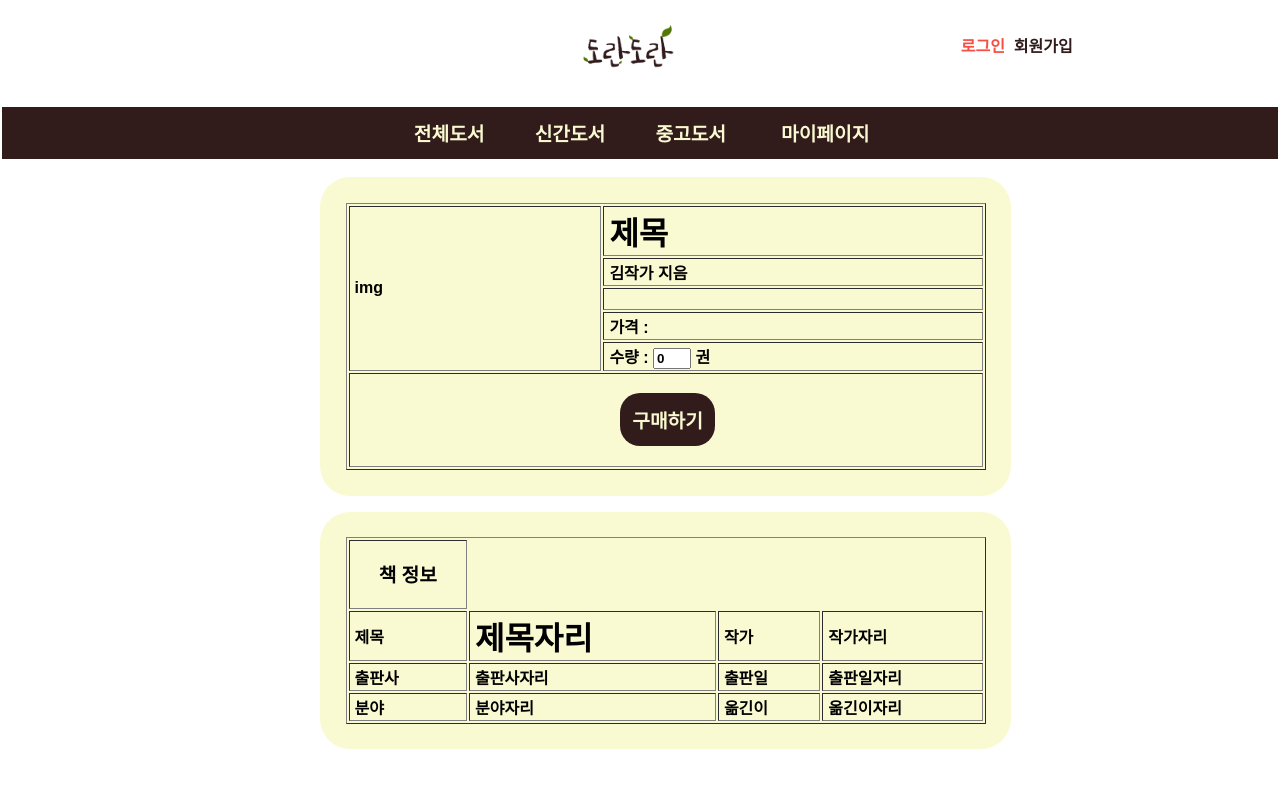
Repository: juhyun110701/DORANDORAN
Page: http://localhost/dorandoran/bookView.jsp
The author's editor kept a copy of each file at every save. The page is drawn from the files as they stood at one save, then again after the next save.
The browser window is 1280 px wide. The pictures show the whole page.
Some web fonts or font styles are not loaded; a fallback is used. The page is served by Tomcat 9. Other server files are loaded and not shown.

Above is the page before, as saved 2019-07-31 12:43:32.

### dorandoran/WebContent/bookView.jsp
<%@ page language="java" contentType="text/html; charset=UTF-8"
    pageEncoding="UTF-8" import="java.sql.*"%>
<%@ page import="doran.db.connection.DBConnection" %>
<!DOCTYPE html>
<html>
<head>
<meta charset="utf-8">
<title>도란도란</title>
<!--
<link rel="shortcut icon" href="img/logo.png">
<link rel="apple-touch-icon" href="img/logo_apple.png">
-->
<link rel="stylesheet" href="css/bookView.css">
<link href="https://fonts.googleapis.com/css?family=Sunflower:300&display=swap" rel="stylesheet">
<script>
//maxlength 체크
function maxLengthCheck(object){
 if (object.value.length > object.maxLength){
  object.value = object.value.slice(0, object.maxLength);
 }
}
</script>
</head>
<body>
<jsp:include page="top.jsp" flush="false"/><p>
<%
	//db연결
	Connection conn=null;
    PreparedStatement pstmt=null;
    String sql="select * from book where ";
%>
<div id="box" align="center">
<table border=1 id="whole">
	<tr>
		<td rowspan=5 width="40%">img</td>
		<td id="title">제목</td>
	</tr>
	<tr>
		<td id="writer">김작가 지음</td>
	</tr>
	<tr>
		<td><br></td>
	</tr>
	<tr>
		<td id="price">가격 : </td>
	</tr>
	<tr>
		<td>
			수량 : <input type="number" name="amount" value=0 max=99 maxlength=2 style="width:30px;" oninput="maxLengthCheck(this)"> 권
		</td>
	</tr>
	<tr>
		<td colspan=2 align="center">
			<input type="button" id="buy" class="btn" value="구매하기">
		</td>
	</tr>
</table>
</div>
<p>
<div id="box" align="center">
<table border=1 id="whole">
	<tr>
		<td align="center" id="plus">책 정보</td>
	</tr>
	<tr>
		<td>제목</td>
		<td id="title">제목자리</td>
		<td>작가</td>
		<td id="writer">작가자리</td>
	</tr>
	<tr>
		<td>출판사</td>
		<td id="publisher">출판사자리</td>
		<td>출판일</td>
		<td id="publish_date">출판일자리</td>
	</tr>
	<tr>
		<td>분야</td>
		<td id="genre">분야자리</td>
		<td>옮긴이</td>
		<td id="translator">옮긴이자리</td>
	</tr>
</table>
</div>
</body>
</html>

### dorandoran/WebContent/top.jsp
<%@ page language="java" contentType="text/html; charset=UTF-8"
    pageEncoding="UTF-8"%>
<!DOCTYPE html>
<html>
<head>
<meta charset="utf-8">
<title>도란도란</title>
<!--
<link rel="shortcut icon" href="img/logo.png">
<link rel="apple-touch-icon" href="img/logo_apple.png">
-->
<link rel="stylesheet" href="css/index.css">
<link href="https://fonts.googleapis.com/css?family=Sunflower:300&display=swap" rel="stylesheet">
<script>
	function check(){
		alert("로그인 후 이용하실 수 있습니다");
		return ;
	}
</script>
</head>
<body>
    <table id="whole">
        <tr>
            <td width="45%"></td>
            <td width="10%"><a href="index.jsp"><img src="img/logo.png" width="80%"></a></td>
            <td width="45%" style="padding-left:20%;">
            <div id="login"></div>
                		<a href="login.jsp" class="top_menu" style="color:#f54e42;" target="_top">로그인</a>&nbsp;
                		<a href="signup.jsp" class="top_menu" target="_top">회원가입</a><p>
            </td>
        </tr>
        <tr class="menu">
            <td colspan=3>
                <table width="100%" height="50px">
                    <tr>
                       <td width="30%"></td>
                        <td class="menu_in"><a href="index.jsp">전체도서</a></td>
                        <td class="menu_in"><a href="recentBook.jsp">신간도서</a></td>
                        <td class="menu_in"><a href="oldBook.jsp">중고도서</a></td>
                        <td class="menu_in"><a onclick="check()">마이페이지</a></td>
                        <td width="30%"></td>
                    </tr>
                </table></td>
        </tr>
    </table>
</body>
</html>

### dorandoran/WebContent/css/bookView.css
body{
    margin:0;
    padding-bottom:3%;
}

*{
    font-family: 'Sunflower', sans-serif;
    font-weight:bold;
}

#whole{
    width:100%;
    height:100%;
}

a{
    text-decoration: none;
}

#box{
    background-color:lightgoldenrodyellow;
    border-radius:30px;
    width:50%;
    margin-left: 25%;
    padding:2%;
}

.btn{
	background-color:#311b1b;
	color:lightgoldenrodyellow;
	border-radius:20px;
	border:0;
	outline:0;
	padding:2%;
	margin:3%;
	font-size:120%;
}



#title{
	font-size:200%;
}

td{
	padding-left:5px;
}


#plus{
	font-size:120%;
	padding:3%;
}

### dorandoran/WebContent/css/index.css
body{
    margin:0;
}

*{
    font-family: 'Sunflower', sans-serif;
    font-weight:bold;
}

#whole{
    width:100%;
    height:100%;
}

a{
    text-decoration: none;
}

.top_menu{
    color:#311b1b;
}

.top_menu:hover{
    color:#ed6853;
}

#logout{
	background-color:transparent;
	border:none;
	outline:none;
}

.menu{
    background-color:#311b1b;
    text-align:center;
    font-size:120%;
}

.menu_in a{
    color:lightgoldenrodyellow;
    width:10%;
}

.menu_in a:hover{
    color:#ed6853;
}

After the next save:
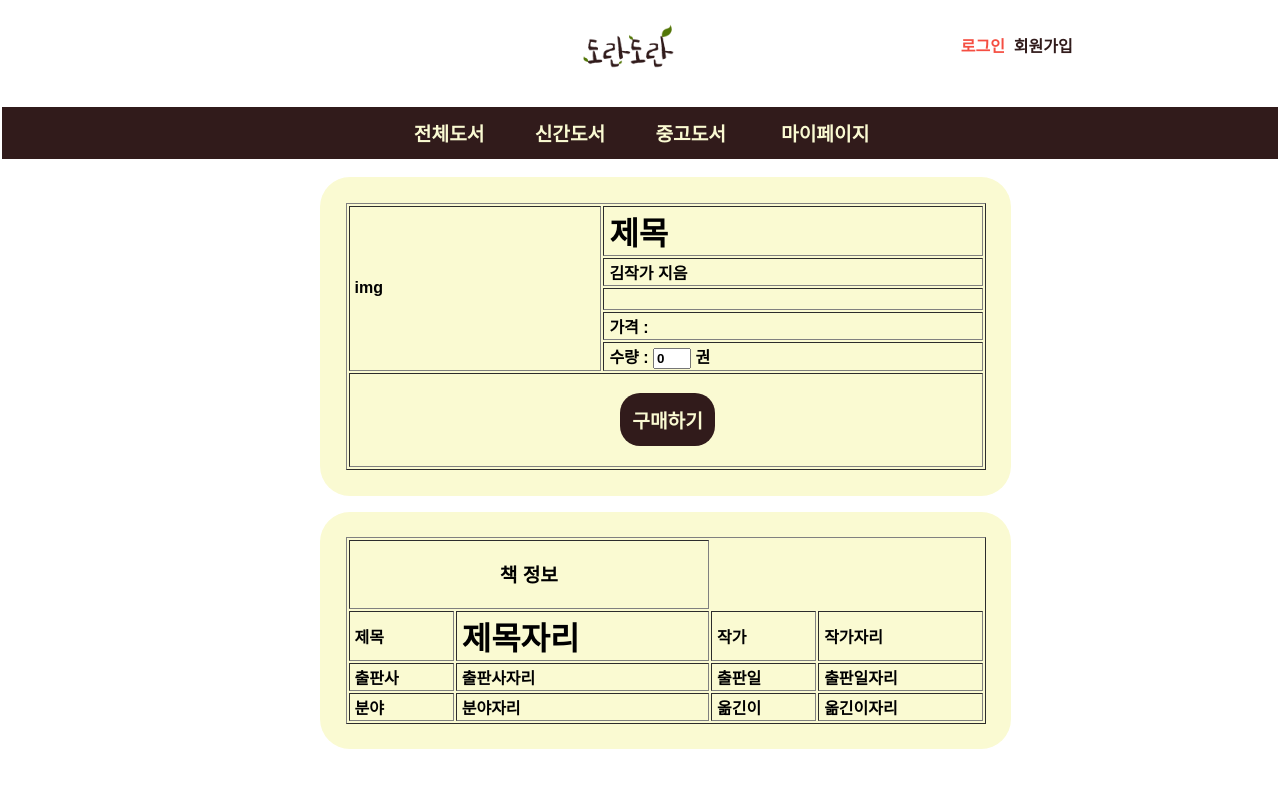
Saved 13 s later.
--- a/dorandoran/WebContent/bookView.jsp
+++ b/dorandoran/WebContent/bookView.jsp
@@ -60,7 +60,7 @@ function maxLengthCheck(object){
 <div id="box" align="center">
 <table border=1 id="whole">
 	<tr>
-		<td align="center" id="plus">책 정보</td>
+		<td colspan=2 align="center" id="plus">책 정보</td>
 	</tr>
 	<tr>
 		<td>제목</td>
